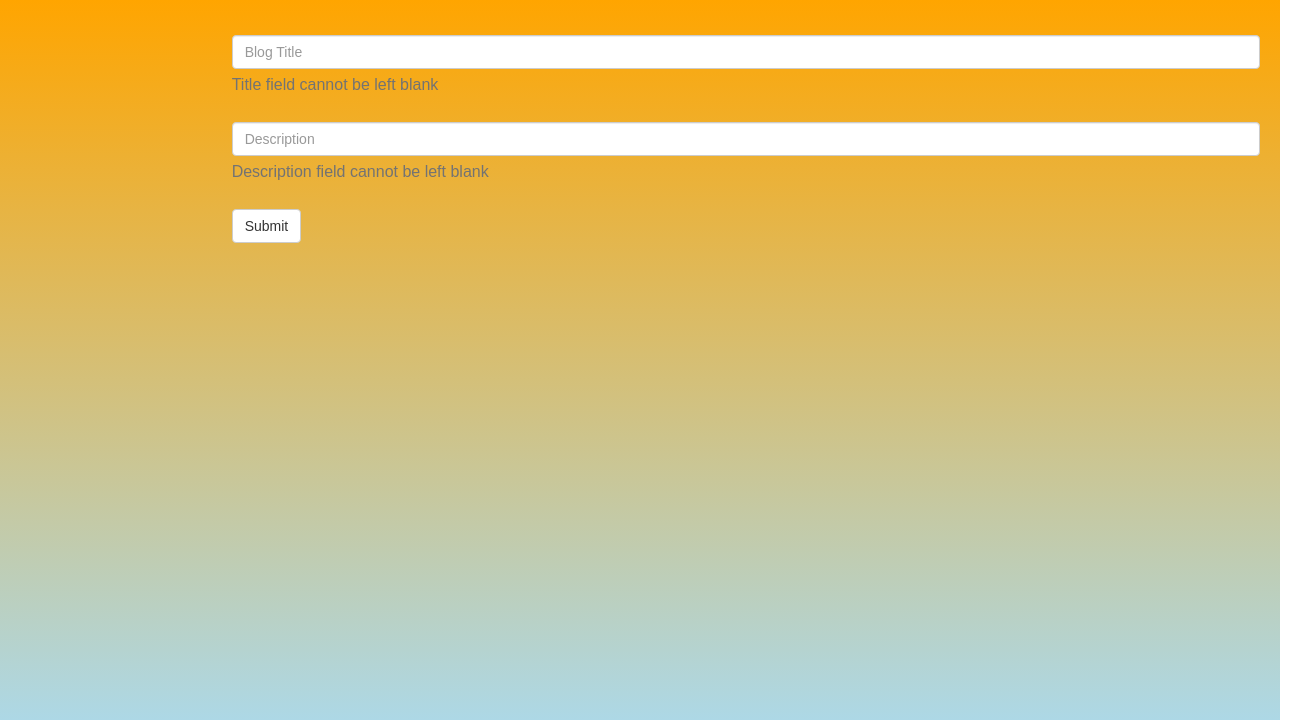
Repository: KaustubhKamat/CollaborationPlatform
Page: CollaborationFrontEnd/WebContent/c_blog/CreateBlog.html
These files come from the project's save history. The page is drawn as it stood at one moment and after the next save; the edit follows.
The browser window is 1280 px wide. The page is 1280 px wide, then 1290 px, so the pictures cover 1290 px, including what lies to the right of the window. The pictures show the whole page.
Some web libraries are served in a nearby version.

Above is the page before, as saved 2017-03-12 11:41:47.

### CollaborationFrontEnd/WebContent/c_blog/CreateBlog.html
<html>
<head>
<meta charset="ISO-8859-1">
<title>Insert title here</title>
<link rel="stylesheet"
	href="https://maxcdn.bootstrapcdn.com/bootstrap/3.3.7/css/bootstrap.min.css">
<script
	src="https://ajax.googleapis.com/ajax/libs/jquery/1.12.4/jquery.min.js"></script>
<link rel="stylesheet"
	href="https://maxcdn.bootstrapcdn.com/font-awesome/4.4.0/css/font-awesome.min.css">
<script
	src="https://maxcdn.bootstrapcdn.com/bootstrap/3.3.7/js/bootstrap.min.js"></script>
</head>
<body>

<head>

<link rel="stylesheet"
	href="https://maxcdn.bootstrapcdn.com/bootstrap/3.3.7/css/bootstrap.min.css">
<script
	src="https://ajax.googleapis.com/ajax/libs/jquery/3.1.1/jquery.min.js"></script>
<script
	src="https://maxcdn.bootstrapcdn.com/bootstrap/3.3.7/js/bootstrap.min.js"></script>
<style>
body {
	font-family: sans-serif;

}

form {
	margin: 25px auto;
	font-size: medium;
	padding: 10px 20px;
	border-radius: 10px;
	text-align: justify;
}

body {
	background: linear-gradient(orange, lightblue);
}

h2 {
	text-align: center;
}

</style>
<meta http-equiv="Content-Type" content="text/html; charset=ISO-8859-1">
<title>Insert title here</title>
</head>

<body ng-app="">



<div ng-controller="BlogController as ctrl">



<form name="form" ng-submit="ctrl.submit()" class="form-horizontal" role="form">
		<div class="form-group" ng-class="{'has-error' : form.id.$dirty && form.id.$error.required}">
    <div class="col-sm-offset-2 col-sm-10">
      <input type="text" class="form-control" placeholder="Blog Title" ng-model="ctrl.blog.title" id="" name="title" required>
      <span ng-show="form.title.$dirty && form.title.$error.required" class="help-block">Title field cannot be left blank</span>
    </div>
  </div>

   <div class="form-group" ng-class="{'has-error' : form.description.$dirty && form.description.$error.required}">
    <div class="col-sm-offset-2 col-sm-10">
      <input type="text" class="form-control" placeholder="Description" ng-model="ctrl.blog.description" id="description" name="description" required>
      <span ng-show="form.description.$dirty && form.description.$error.required" class="help-block">Description field cannot be left blank</span>
    </div>
  </div>

		<div class="form-group">
			<div class="col-sm-offset-2 col-sm-10">
				<button type="submit" class="btn btn-default">Submit</button>
		</div>

		</div>
	</form>
	</div>
</td>



 </body>
 </html>

After the next save:
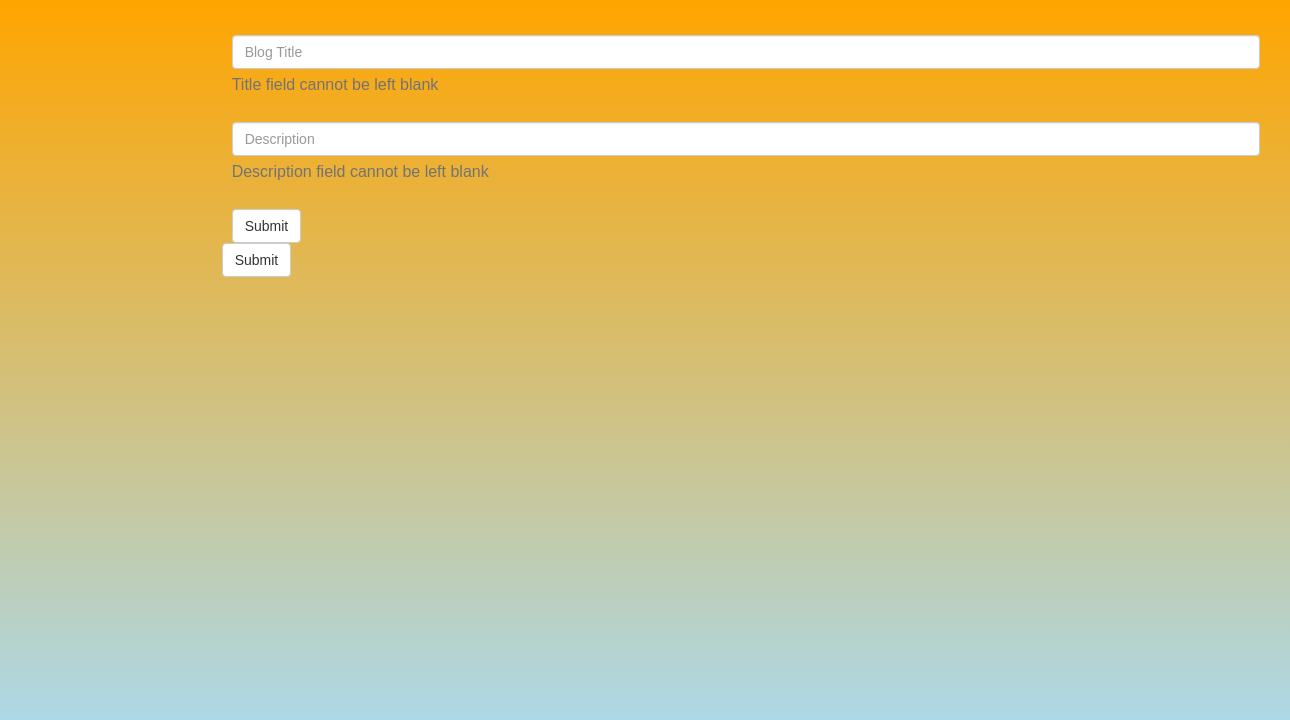
Saved 12 s later.
--- a/CollaborationFrontEnd/WebContent/c_blog/CreateBlog.html
+++ b/CollaborationFrontEnd/WebContent/c_blog/CreateBlog.html
@@ -76,6 +76,10 @@ h2 {
 				<button type="submit" class="btn btn-default">Submit</button>
 		</div>
 
+<div class="form-group">
+			<div class="col-sm-offset-2 col-sm-10">
+				<button type="submit" class="btn btn-default">Submit</button>
+		</div>
 		</div>
 	</form>
 	</div>
